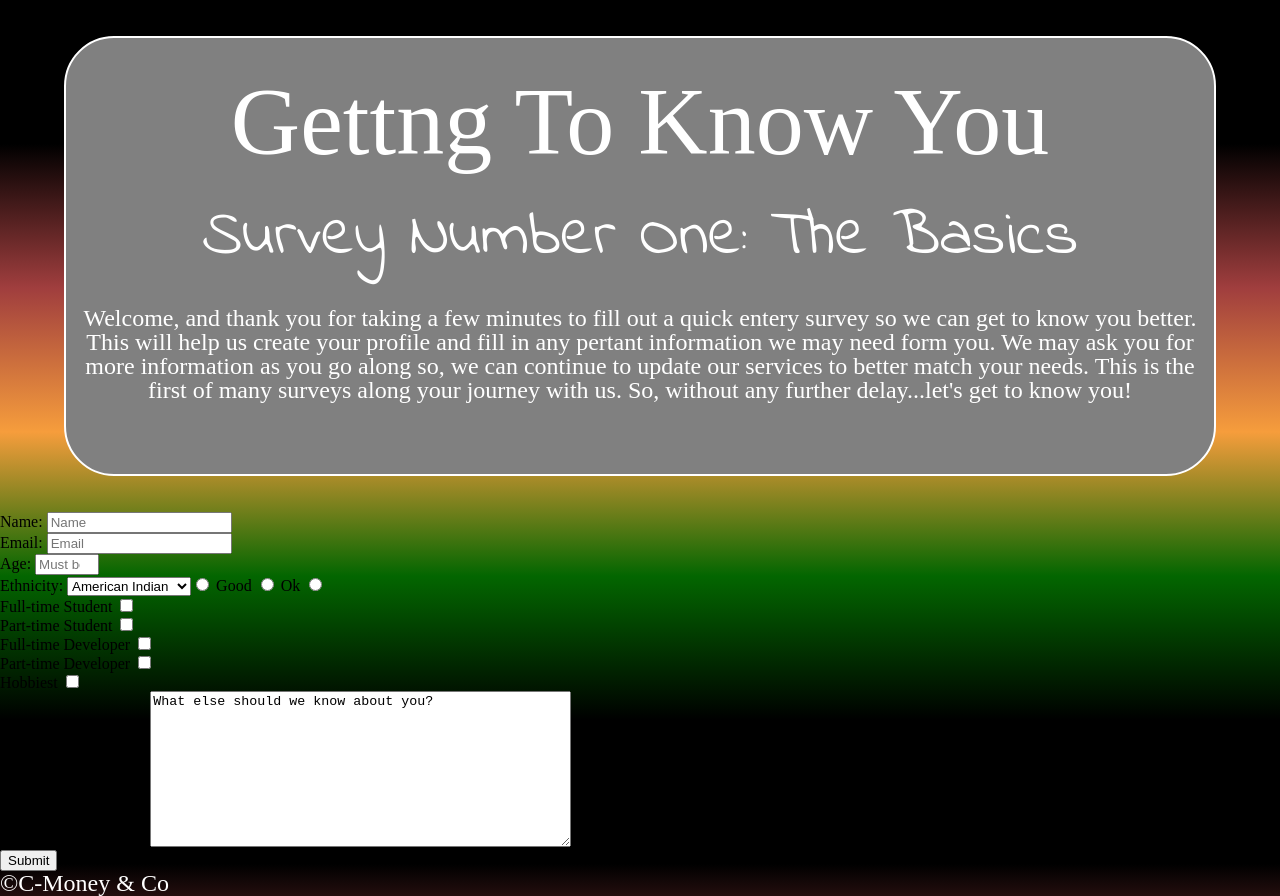
Repository: ctcoleman/surveyForm
Page: index.html
The author's editor kept a copy of each file at every save. The page is drawn from the files as they stood at one save, then again after the next save.
The browser window is 1280 px wide. The pictures show the whole page.
Some web fonts or font styles are not loaded; a fallback is used.

Above is the page before, as saved 2020-06-29 11:07:00.

After the next save:
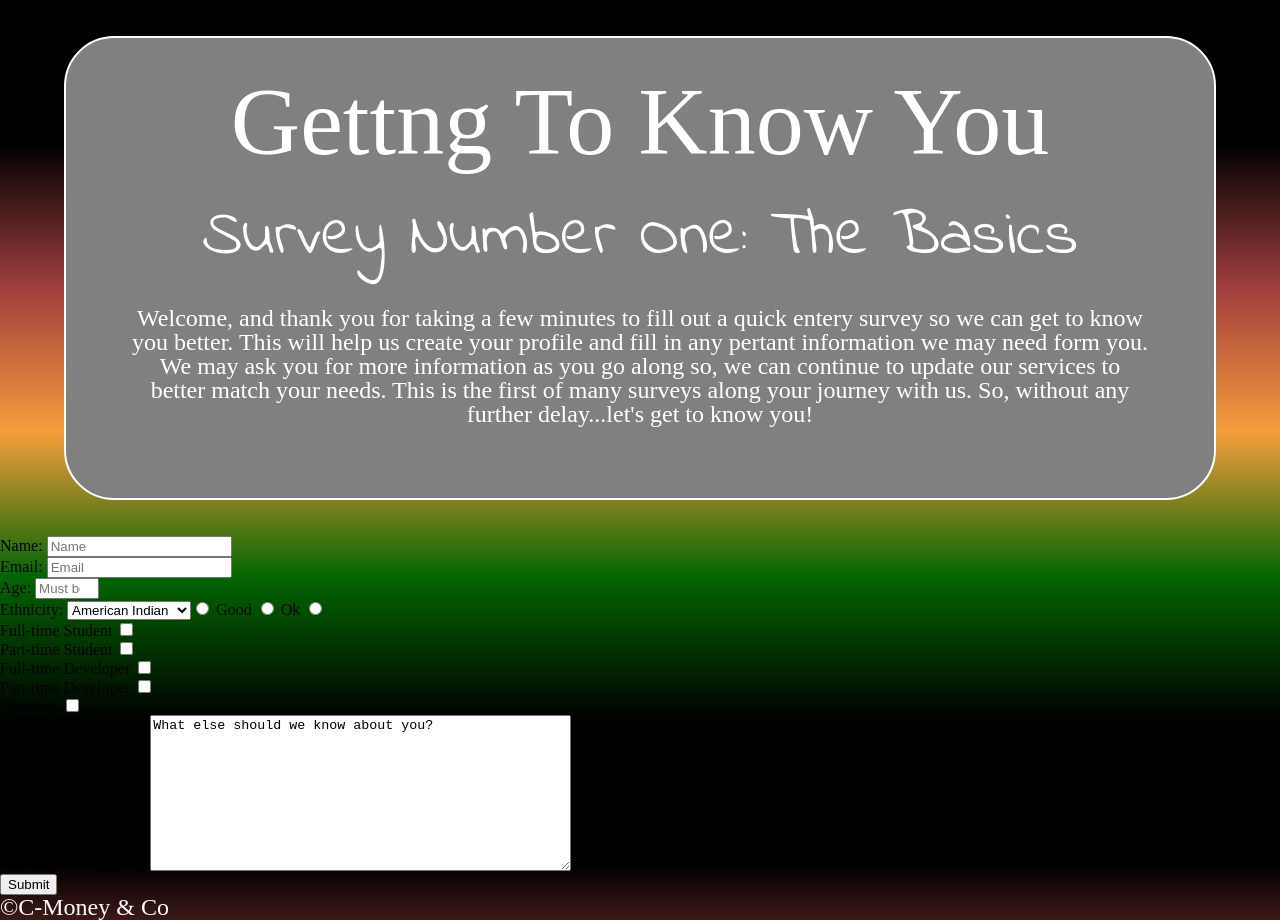
Saved 8 s later.
--- a/assets/stylesheets/index.css
+++ b/assets/stylesheets/index.css
@@ -90,7 +90,7 @@ p {
 
 header {
   background: grey;
-  padding: 5vh 0;
+  padding: 5vh 5vw;
   margin: 5vh 5vw;
   text-align: center;
   border: 2px solid white;
